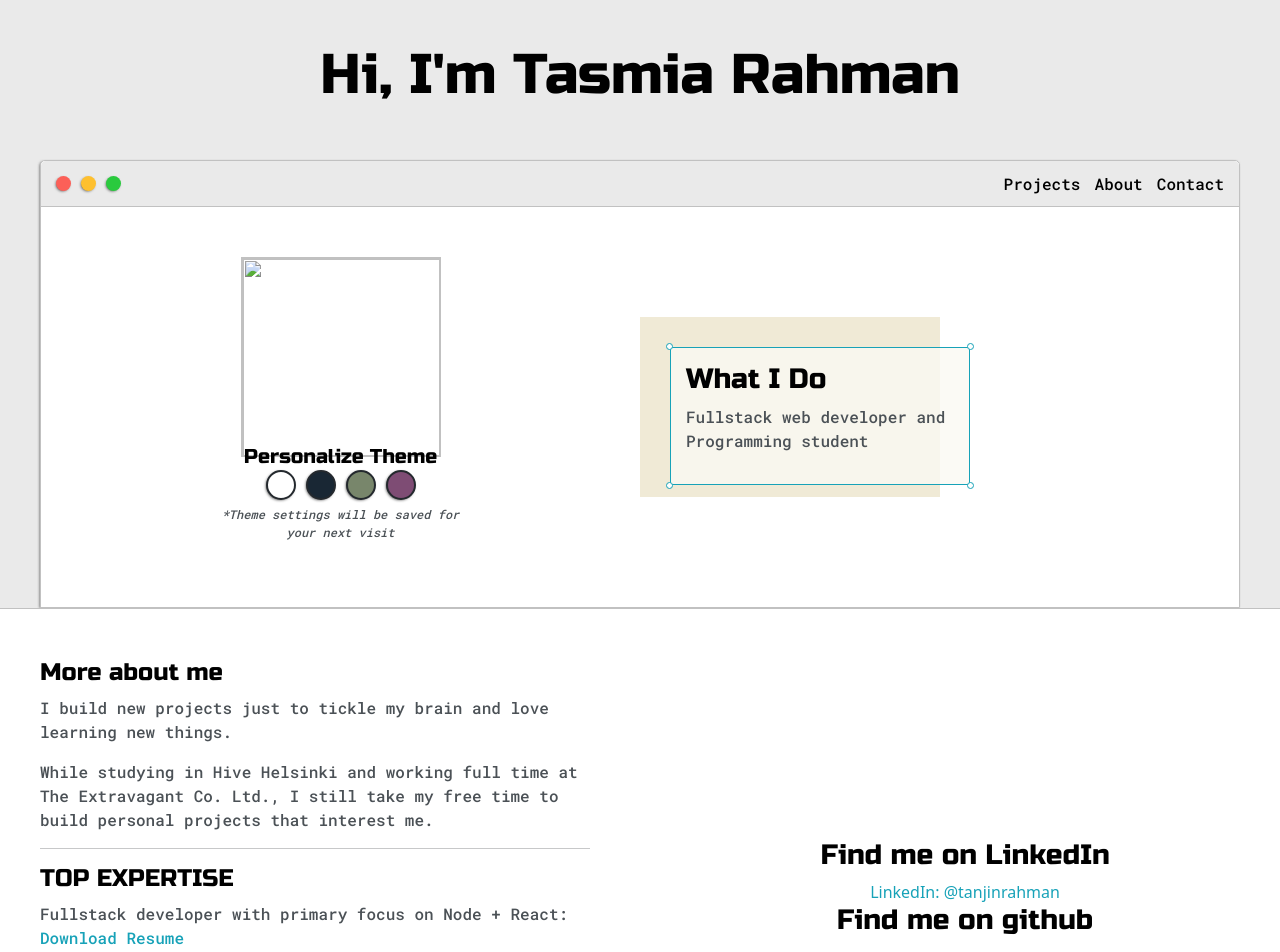
Repository: AnitaAkter/My_portfolio
Page: index.html
An editor plug-in stored every save of this project. The page is shown before and after the next save, followed by the edit.
The browser window is 1280 px wide. The pictures show the part of the page from y = 0 to 952 px (the page is 2716 px tall).

Above is the page before, as saved 2022-12-10 13:05:58.
Not found: images/tasmia.jpg

### index.html
<!DOCTYPE html>
<html>

<head>
	<title>Anita Akter</title>

	<meta name="viewport" content="width=device-width, initial-scale=1, maximum-scale=1, minimum-scale=1" />

	<link href="https://fonts.googleapis.com/css2?family=Russo+One&display=swap" rel="stylesheet">

	<link href="https://fonts.googleapis.com/css2?family=Roboto+Mono:wght@500&family=Russo+One&display=swap"
		rel="stylesheet">

	<link href="https://cdn.jsdelivr.net/npm/bootstrap@5.0.0-beta1/dist/css/bootstrap.min.css" rel="stylesheet"
		integrity="sha384-giJF6kkoqNQ00vy+HMDP7azOuL0xtbfIcaT9wjKHr8RbDVddVHyTfAAsrekwKmP1" crossorigin="anonymous">

	<link rel="stylesheet" type="text/css" href="default.css">

	<link id="theme-style" rel="stylesheet" type="text/css" href="">
</head>

<body>

	<!-- Landing section -->

	<section class="s1">
		<div class="main-container">
			<div class="greeting-wrapper">
				<h1>Hi, I'm Tasmia Rahman</h1>
			</div>

			<div class="intro-wrapper">
				<div class="nav-wrapper">

					<!-- Link around dots-wrapper added after tutorial video -->

					<a href="index.html">
						<div class="dots-wrapper">
							<div id="dot-1" class="browser-dot"></div>
							<div id="dot-2" class="browser-dot"></div>
							<div id="dot-3" class="browser-dot"></div>
						</div>
					</a>

					<ul id="navigation">
						<li><a href="index.html#portfolio">Projects</a></li>
						<li><a href="index.html#aboutme">About</a></li>
						<li><a href="index.html#contact">Contact</a></li>
					</ul>
				</div>

				<div class="left-column">
					<img id="profile_pic" src="images/tasmia.jpg">
					<h5 style="text-align: center;line-height: 0;">Personalize Theme</h5>

					<div id="theme-options-wrapper">
						<div data-mode="light" id="light-mode" class="theme-dot"></div>
						<div data-mode="blue" id="blue-mode" class="theme-dot"></div>
						<div data-mode="green" id="green-mode" class="theme-dot"></div>
						<div data-mode="purple" id="purple-mode" class="theme-dot"></div>
					</div>

					<p id="settings-note">*Theme settings will be saved for<br>your next visit</p>
				</div>

				<div class="right-column">

					<div id="preview-shadow">
						<div id="preview">
							<div id="corner-tl" class="corner"></div>
							<div id="corner-tr" class="corner"></div>
							<h3>What I Do</h3>
							<p>Fullstack web developer and Programming student</p>
							<div id="corner-br" class="corner"></div>
							<div id="corner-bl" class="corner"></div>
						</div>
					</div>
				</div>
			</div>
		</div>
	</section>

	<!-- About me section -->

	<section class="s2">
		<div class="main-container" id="aboutme">

			<div class="about-wrapper">
				<div class="about-me">
					<h4>More about me</h4>

					<p>I build new projects just to tickle my brain and love learning new things.</p>
					<p>While studying in Hive Helsinki and working full time at The Extravagant Co. Ltd., I still take my free time to build personal projects that
						interest me.</p>

					<hr>

					<h4>TOP EXPERTISE</h4>

					<p>Fullstack developer with primary focus on Node + React: <a target="_blank"
							href="resume.pdf">Download Resume</a></p>

					<div id="skills">
						<ul>
							<li>JavaScript</li>
							<li>React</li>
							<li>Postgres</li>
							<li>MongoDB</li>
							<li>NodeJS</li>
							<li>Python</li>
							<li>MySql</li>
						</ul>

						<ul>
							<li>Firebase</li>
							<li>Heroku</li>
							<li>HTML/CSS</li>
							<li>Docker</li>
							<li>AWS</li>
							<li>Linux</li>
						</ul>

					</div>

				</div>

				<div class="social-links">
					<h3>Find me on LinkedIn</h3>
					<a target="_blank" href="https://www.linkedin.com/in/tanjinrahman">LinkedIn: @tanjinrahman</a>
					<h3>Find me on github</h3>
					<a target="_blank" href="https://github.com/tasmiarahmantanjin">GitHub: @tanjinrahman</a>
				</div>
			</div>

		</div>
	</section>

	<!-- project portfolio section starts Here -->

	<section class="s1">
		<div class="main-container" id="portfolio">
			<br>
			<h3 style="text-align: center;">Project Portfolio</h3>
			<br>
			<div class="post-wrapper">

				<!-- Project: 1 -->

				<div>
					<div class="post">
						<img class="thumbnail" src="images/netflix-clone.gif">
						<div class="post-preview">
							<h6 class="post-title">Netflix Clone</h6>
							<p class="post-intro">Hobby project with ReactJS, Redux, TMDB API, Firebase with Stripe
								extension.</p>
							<div class="btn-group d-flex" role="group">
								<a target="_blank" href="https://github.com/tasmiarahmantanjin/Netflix_Clone"
									class="sourceCode-btn w-100">Source Code</a>
								<a target="_blank" href="https://netflix-clone-12de9.web.app/"
									class="sourceCode-btn w-100">Live Demo</a>
							</div>
						</div>
					</div>
				</div>

				<!-- Project: 2 -->

				<div>
					<div class="post">
						<img class="thumbnail" src="images/github_finder.jpg">
						<div class="post-preview">
							<h6 class="post-title">GitHub Finder</h6>
							<p class="post-intro">Hobby project to create small web app to search github user using
								React, GitHub API, HTML & CSS.
							</p>
							<div class="btn-group d-flex" role="group">
								<a target="_blank" href="https://github.com/tasmiarahmantanjin/github-finder"
									class="sourceCode-btn w-100">Source
									Code</a>
							</div>
						</div>
					</div>
				</div>

				<!-- Project: 3 -->

				<div>
					<div class="post">
						<img class="thumbnail" src="images/camagru.webp">
						<div class="post-preview">
							<h6 class="post-title">Camagru</h6>
							<p class="post-intro">Instagram like full stack web application using HTML, CSS, Bootstrap,
								JavaScript, MySql, PHP.</p>
							<div class="btn-group d-flex" role="group">
								<a target="_blank" href="https://github.com/tasmiarahmantanjin/camagru"
									class="sourceCode-btn w-100">Source
									Code</a>
							</div>
						</div>
					</div>
				</div>

				<!-- Project: 4 -->

				<div>
					<div class="post">
						<img class="thumbnail" src="images/panda.gif">
						<div class="post-preview">
							<h6 class="post-title">Panda Commerce</h6>
							<p class="post-intro">Hobby project to create simple e-commerce website design with HTML,
								CSS & Bootstrap.</p>
							<div class="btn-group d-flex" role="group">
								<a target="_blank" href="https://github.com/tasmiarahmantanjin/panda-commerce"
									class="sourceCode-btn w-100">Source
									Code</a>
								<a target="_blank" href="https://tasmiarahmantanjin.github.io/panda-commerce/"
									class="sourceCode-btn w-100">Live Demo</a>
							</div>
						</div>
					</div>
				</div>

				<!-- Project: 5 -->

				<div>
					<div class="post">
						<img class="thumbnail" src="images/fillit.gif">
						<div class="post-preview">
							<h6 class="post-title">Fillit</h6>
							<p class="post-intro">Algorithms Practice - Fit tetrimino pieces into the smallest square
								possible using C.</p>
							<div class="btn-group d-flex" role="group">
								<a target="_blank" href="https://github.com/tasmiarahmantanjin/fillit"
									class="sourceCode-btn w-100">Source
									Code</a>
							</div>
						</div>
					</div>
				</div>

				<!-- Project detail: 4 -->

				<!-- <div>
					<div class="post">
						<img class="thumbnail" src="images/libft.gif">
						<div class="post-preview">
							<h6 class="post-title">Libft</h6>
							<p class="post-intro">Recoded 60+ standard library function and my own functions which I can use for my later on Hive Helsinki Projects.</p>
							<a target="_blank" href="https://github.com/tasmiarahmantanjin/libft">Source Code</a>
						</div>
					</div>
				</div> -->

				<!-- Project detail: 5 -->

				<!-- <div>
					<div class="post">
						<img class="thumbnail" src="images/roger.gif">
						<div class="post-preview">
							<h6 class="post-title">Roger Skyline 1</h6>
							<p class="post-intro">In Roger-skyline-1, I learned how to host and set up my own web server, how to install and manage several services and secure them against attacks.
							</p>
							<a target="_blank" href="https://github.com/tasmiarahmantanjin/roger_skyline_1">Source Code</a>
						</div>
					</div>
				</div> -->

				<!-- Project detail: 6 -->

				<div>
					<div class="post">
						<img class="thumbnail" src="images/docker.gif">
						<div class="post-preview">
							<h6 class="post-title">Docker-1
							</h6>
							<p class="post-intro">The aim of the Docker-1 project was to make you handle docker and
								docker-machine and dockerfile.
							</p>
							<div class="btn-group d-flex" role="group">
								<a target="_blank" href="https://github.com/tasmiarahmantanjin/docker-1"
									class="btn sourceCode-btn w-100">Source
									Code</a>
							</div>
						</div>
					</div>
				</div>
			</div>
		</div>
	</section>

	<!-- Project details section ends here -->

	<section class="s2">
		<div class="main-container">
			<a href=""></a>
			<br>
			<h3 style="text-align: center;">Get In Touch</h3>
			<br>
			<form id="contact-form">
				<a name="contact"></a>

				<label>Name</label>
				<input class="input-field" type="text" name="name">

				<label>Subject</label>
				<input class="input-field" type="text" name="subject">

				<label>Email</label>
				<input class="input-field" type="text" name="email">

				<label>Message</label>
				<textarea class="input-field" name="message"></textarea>

				<input id="submit-btn" type="submit" value="Send">
			</form>
		</div>
	</section>

	<script type="text/javascript" src="script.js"></script>
</body>

</html>

### default.css
:root{
	--mainColor:#eaeaea;
	--secondaryColor:#fff;

	--borderColor:#c1c1c1;

	--mainText:black;
	--secondaryText:#4b5156;

	--themeDotBorder:#24292e;

	--previewBg:rgb(251, 249, 243, 0.8);
	--previewShadow:#f0ead6;


	--buttonColor:black;


}


html, body{
	padding: 0;
	margin: 0;
	scroll-behavior: smooth;
}

body *{
	transition: 0.3s;
}


h1, h2, h3, h4, h5, h6, strong{
	color: var(--mainText);
	font-family: 'Russo One', sans-serif;
	font-weight: 500;
}

p, li, span, label, input, textarea{
	color: var(--secondaryText);
	font-family: 'Roboto Mono', monospace;
}

a{
	text-decoration: none;
	color:#17a2b8;
}

ul{
	list-style: none;
}

h1 { font-size: 56px;}
h2 { font-size: 36px;}
h3 { font-size: 28px;}
h4 { font-size: 24px;}
h5 { font-size: 20px;}
h6 { font-size: 16px;}


.s1{
	background-color: var(--mainColor);
	border-bottom:1px solid var(--borderColor);
	overflow:auto;
}

.s2{
	background-color: var(--secondaryColor);
	border-bottom:1px solid var(--borderColor);
	overflow:auto;
}




.main-container{
	width: 1200px;
	margin: 0 auto;
}


.greeting-wrapper{
	display: grid;
	text-align: center;
	align-content: center;
	min-height: 10em;

}

.intro-wrapper{
	background-color: var(--secondaryColor);
	border:1px solid var(--borderColor);
	border-radius:5px 5px 0 0;


	-webkit-box-shadow: -1px 1px 3px -1px rgba(0,0,0,0.75);
	-moz-box-shadow: -1px 1px 3px -1px rgba(0,0,0,0.75);
	box-shadow: -1px 1px 3px -1px rgba(0,0,0,0.75);

	display: grid;
	grid-template-columns: 1fr 1fr;
	grid-template-areas:
		'nav-wrapper nav-wrapper'
		'left-column right-column'
	;
}


.nav-wrapper{
	border-radius:5px 5px 0 0;
	grid-area:nav-wrapper;
	border-bottom: 1px solid var(--borderColor);
	display: flex;
	justify-content: space-between;
	align-items: center;
	background-color: var(--mainColor);
}

#navigation a{
	color:var(--mainText);
}


#navigation{
	margin:0;
	padding: 10px;
}

#navigation li{
	display: inline-block;
	margin-right: 5px;
	margin-left:5px;
}

.dots-wrapper{
	display: flex;
	padding: 10px;
}

#dot-1{
	background-color:  #FC6058;
}

#dot-2{
	background-color:  #FEC02F;
}

#dot-3{
	background-color:  #2ACA3E;
}

.browser-dot{
	background-color: black;
	height: 15px;
	width: 15px;
	border-radius: 50%;
	margin: 5px;

	-webkit-box-shadow: -1px 1px 3px -1px rgba(0,0,0,0.75);
	-moz-box-shadow: -1px 1px 3px -1px rgba(0,0,0,0.75);
	box-shadow: -1px 1px 3px -1px rgba(0,0,0,0.75);

}


.left-column{
	grid-area: left-column;
	padding-top:50px;
	padding-bottom: 50px;
}

#profile_pic{
	display: block;
	margin:0 auto;

	height: 200px;
	width: 200px;
	object-fit: cover;
	border:2px solid var(--borderColor);
}


#theme-options-wrapper{
	display: flex;
	justify-content: center;
}

.theme-dot{
	height: 30px;
	width: 30px;
	background-color: black;
	border-radius: 50%;

	margin: 5px;
	border:2px solid var(--themeDotBorder);

	-webkit-box-shadow: -1px 1px 3px -1px rgba(0,0,0,0.75);
	-moz-box-shadow: -1px 1px 3px -1px rgba(0,0,0,0.75);
	box-shadow: -1px 1px 3px -1px rgba(0,0,0,0.75);

	cursor: pointer;
}


.theme-dot:hover{
	border-width: 5px;
}


#light-mode{
	background-color: #fff;
}

#blue-mode{
	background-color: #192734;
}

#green-mode{
	background-color: #78866b;
}

#purple-mode{
	background-color: #7E4C74;
}

#settings-note{
	font-size: 12px;
	font-style: italic;
	text-align: center;
}

.right-column{
	grid-area: right-column;
	display: grid;
	align-content: center;

	padding-top: 50px;
	padding-bottom: 50px;
}


#preview-shadow{
	background-color: var(--previewShadow);
	max-width: 300px;
	height: 180px;
	padding-left: 30px;
	padding-top: 30px;
}

#preview{
	width: 300px;
	border:1.5px solid #17a2b8;
	background-color: var(--previewBg);
	padding:15px;
	position: relative;
}

.corner{
	width:7px;
	height: 7px;
	border-radius: 50%;
	border:1.5px solid #17a2b8;
	background-color: #fff;
	position: absolute;
}

#corner-tl{
	top:-5px;
	left: -5px
}

#corner-tr{
	top:-5px;
	right: -5px
}


#corner-br{
	bottom:-5px;
	right: -5px
}


#corner-bl{
	bottom:-5px;
	left: -5px
}

.about-wrapper{
	display: grid;
	grid-template-columns: repeat(auto-fit, minmax(320px, 1fr));
	padding-bottom: 50px;
	padding-top: 50px;
	gap:100px;
}


#skills{
	display: flex;
	justify-content: space-evenly;
	background-color: var(--previewShadow);
}

.social-links{
	display: grid;
	align-content: center;
	text-align: center;
}

#social_img{
	width: 100%;
}


.post-wrapper{
	display: grid;
	grid-template-columns: repeat(auto-fit, 320px);
	gap:20px;
	justify-content: center;
	padding-bottom: 50px;
}

.post{
	border:1px solid var(--borderColor);
	-webkit-box-shadow: -2px 7px 21px -9px rgba(0,0,0,0.75);
	-moz-box-shadow: -2px 7px 21px -9px rgba(0,0,0,0.75);
	box-shadow: -2px 7px 21px -9px rgba(0,0,0,0.75);
}

.thumbnail{
	display: block;
	width: 100%;
	height:180px;
	object-fit: cover;
}

.post-preview{
	background-color: #fff;
	padding:15px;
}

.post-title{
	color:black;
	margin: 0;
}

.post-intro{
	color:#4b5156;
	font-size: 14px;
}


#contact-form{
	display: block;
	max-width: 600px;
	margin: 0 auto;
	border: 1px solid var(--borderColor);
	padding: 15px;
	border-radius: 5px;
	background-color: var(--mainColor);
	margin-bottom: 50px;

}

#contact-form label{
	line-height: 2.7em;
}

#contact-form textarea{
	min-height: 100px;
	font-size: 14px;
}


.input-field{
	width: 100%;
	padding-top: 10px;
	padding-bottom:10px;
	background-color: var(--secondaryColor);
	border-radius: 5px;
	border:1px solid var(--borderColor);
	font-size: 14px;
}


#submit-btn{
	margin-top: 10px;
	width: 100%;
	padding-top: 10px;
	padding-bottom:10px;
	color: #fff;
	background-color: var(--buttonColor);
	border:none;
}


@media screen and (max-width: 1200px){
	.main-container{
		width: 95%;
	}
}

@media screen and (max-width: 800px){
	.intro-wrapper{
		grid-template-columns: 1fr;
		grid-template-areas:
			'nav-wrapper'
			'left-column'
			'right-column'
		;
	}

	.right-column{
		justify-content: center;
	}

}

@media screen and (max-width: 400px){
	#preview-shadow{
		max-width: 280px;
		height: 180px;
		padding-left: 10px;
		padding-top: 10px;
	}

	#preview{
		width: 280px;

	}

}

.sourceCode-btn{
	width: 100%;
	padding-top: 8px;
	padding-bottom:8px;
	color: #fff;
	background-color: var(--buttonColor);
	border:none;
	text-align: center;
	border-radius: 5px;
	margin: 5px;
}

### script.js
console.log('Its working')

let theme = localStorage.getItem('theme')

if(theme == null){
	setTheme('light')
}else{
	setTheme(theme)
}

let themeDots = document.getElementsByClassName('theme-dot')


for (var i=0; themeDots.length > i; i++){
	themeDots[i].addEventListener('click', function(){
		let mode = this.dataset.mode
		console.log('Option clicked:', mode)
		setTheme(mode)
	})
}

function setTheme(mode){
	if(mode == 'light'){
		document.getElementById('theme-style').href = 'default.css'
	}

	if(mode == 'blue'){
		document.getElementById('theme-style').href = 'blue.css'
	}

	if(mode == 'green'){
		document.getElementById('theme-style').href = 'green.css'
	}

	if(mode == 'purple'){
		document.getElementById('theme-style').href = 'purple.css'
	}

	localStorage.setItem('theme', mode)
}

After the next save:
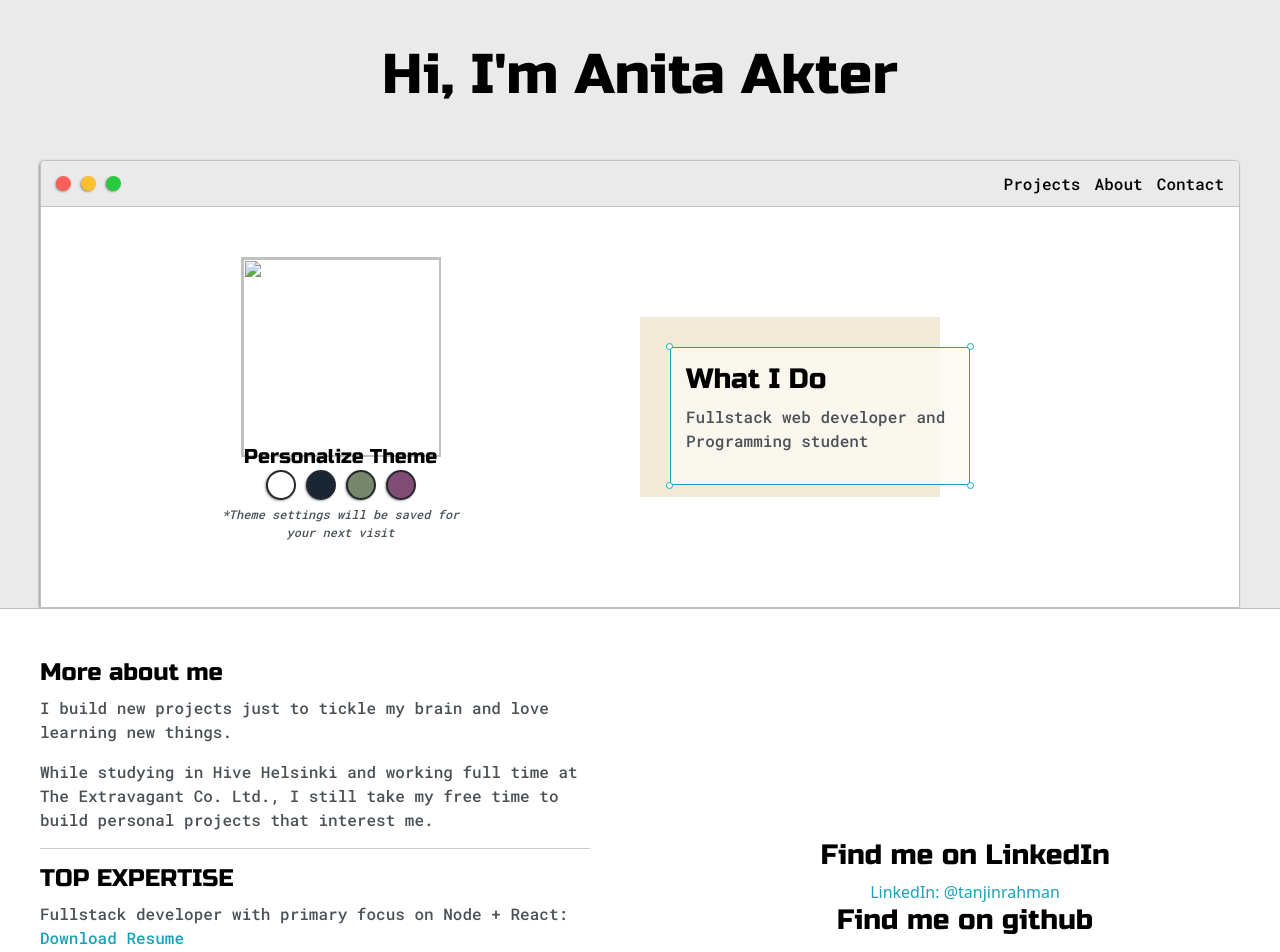
Saved 11 s later.
--- a/index.html
+++ b/index.html
@@ -26,7 +26,7 @@
 	<section class="s1">
 		<div class="main-container">
 			<div class="greeting-wrapper">
-				<h1>Hi, I'm Tasmia Rahman</h1>
+				<h1>Hi, I'm Anita Akter</h1>
 			</div>
 
 			<div class="intro-wrapper">
